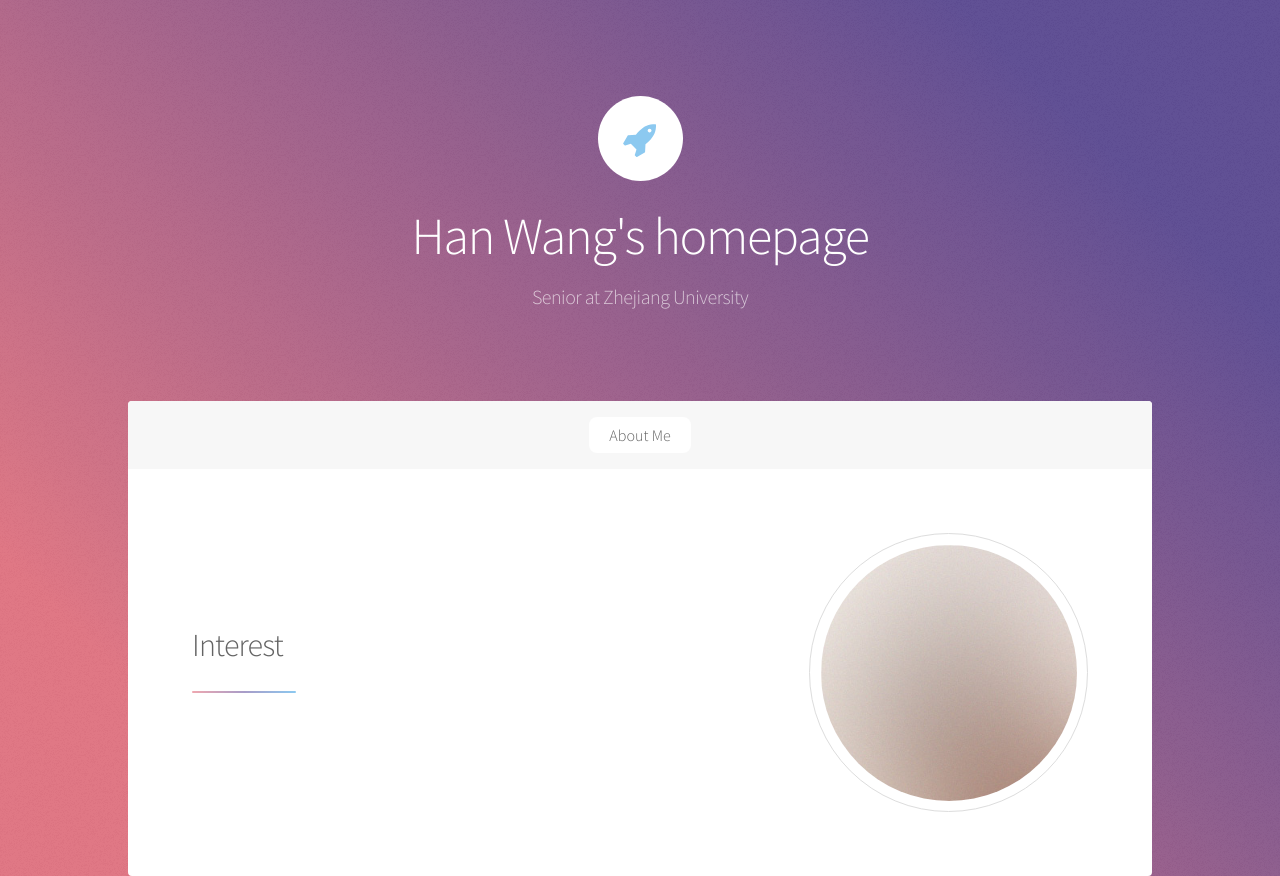
Repository: SatonoDia/SatonoDia.github.io
Page: index.html
These files come from the project's save history. The page is drawn as it stood at one moment and after the next save; the edit follows.
The browser window is 1280 px wide. The pictures show the whole page.

Above is the page before, as saved 2024-02-16 11:20:28.
Console error: TypeError: Cannot read properties of undefined (reading 'on')

After the next save:
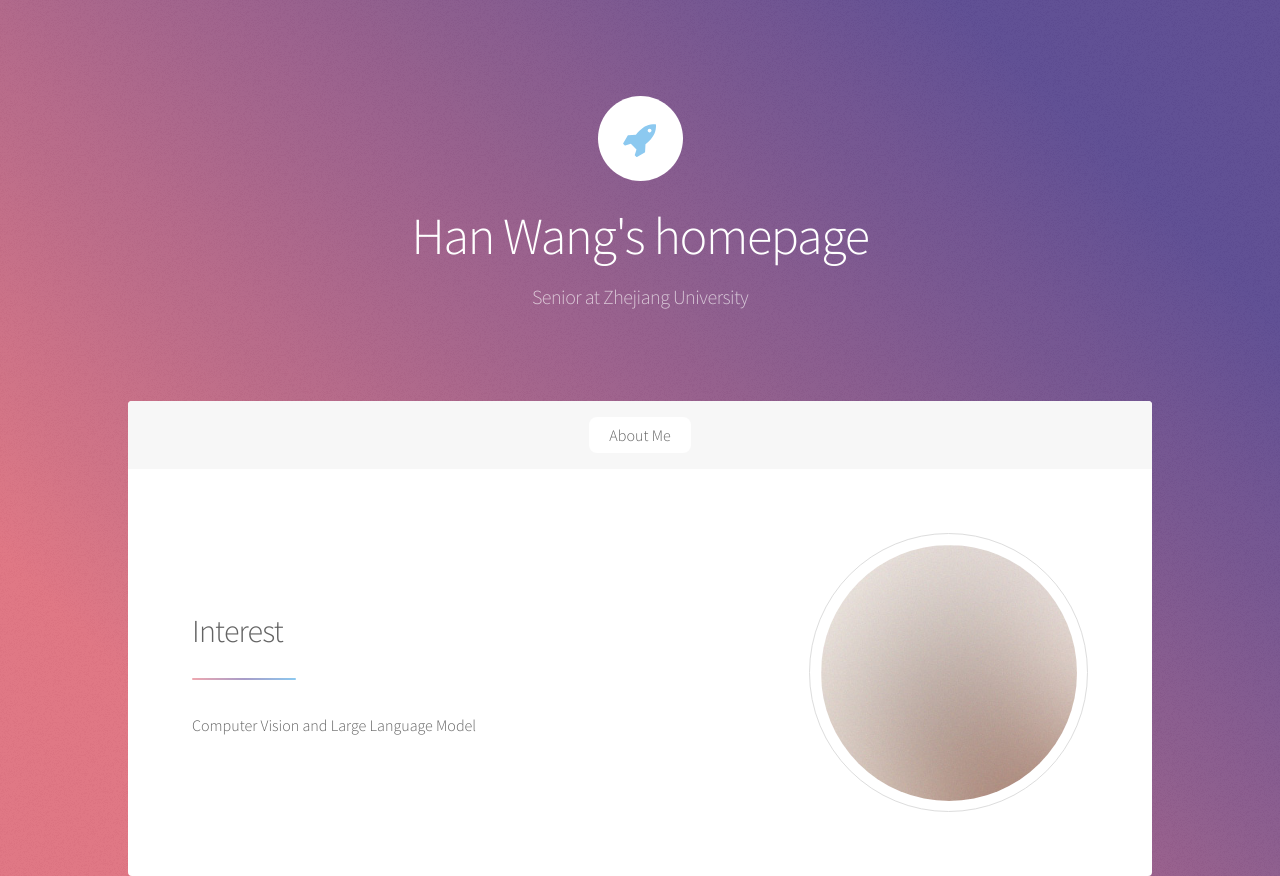
Saved 112 s later.
--- a/index.html
+++ b/index.html
@@ -42,7 +42,7 @@
 										<header class="major">
 											<h2>Interest</h2>
 										</header>
-										<p></p>
+										<p>Computer Vision and Large Language Model</p>
 										<!--
 										<ul class="actions">
 											<li><a href="generic.html" class="button">Learn More</a></li>
